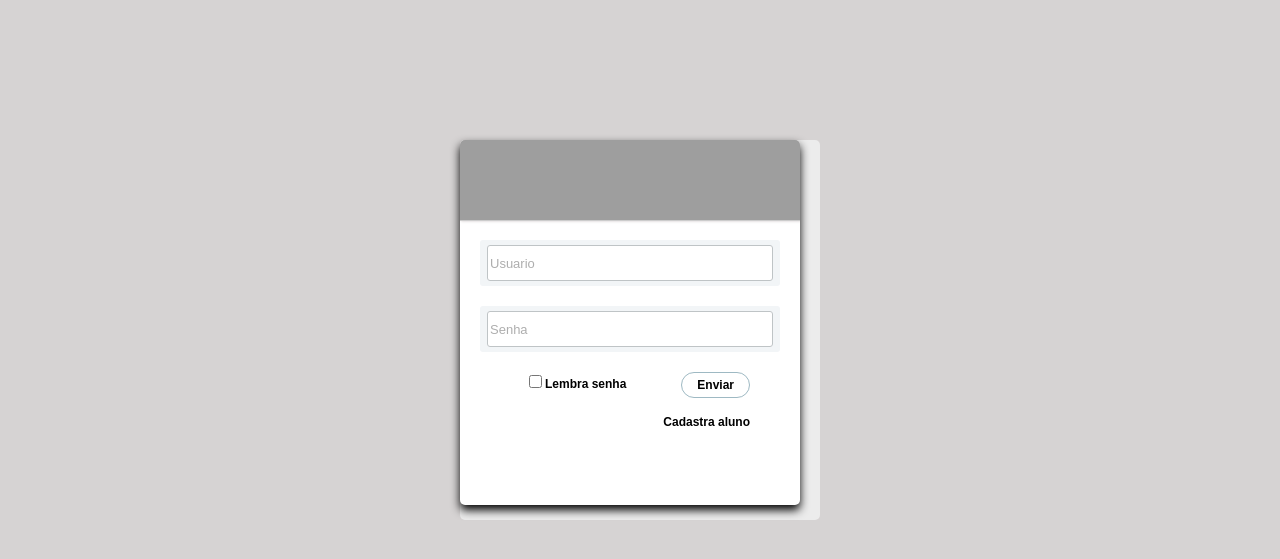
Repository: luisjonson/ProjetoWebAcademia
Page: http://localhost/RepositorioWebProject/Login.jsp
These files come from the project's save history. The page is drawn as it stood at one moment and after the next save; the edit follows.
The browser window is 1280 px wide. The pictures show the whole page.
Pictures or frames that could not be fetched are drawn as grey boxes. The page is served by Tomcat 9. Other server files are loaded and not shown.

Above is the page before, as saved 2017-04-10 01:48:32.

### Projeto_Web/RepositorioWebProject/WebContent/Login.jsp
<%@ page language="java" contentType="text/html; charset=utf-8"
	pageEncoding="ISO-8859-1"%>
<!DOCTYPE
 html PUBLIC "-//W3C//DTD HTML 4.01 Transitional//EN" "http://www.w3.org/TR/html4/loose.dtd">
<html>
<head>

</head>

<title>Login</title>

<style type="text/css" >

body {
	background-color: #D6D3D3;
}

#login-box {
	background-color: #ECECEC;
	width: 360px;
	height: 380px;
	margin: 140px auto 0px;
	border-radius: 5px;

}

#login-box-interno {
	width: 340px;
	height: 365px;
	background-color:white;
	position: absolute;
	border-radius: 5px;
	box-shadow: 0px 5px 10px black;
	overflow: hidden;
}

#login-box-label {
	background-color:#D6D3D3;
	height:80px;
	text-align:center;
    font:bold 12px/12px sans-serif;
    border-top-left-radius:5px;
    border-top-right-radius:5px;
    border-bottom:1px solid #cccccc;
    box-shadow:1px 0px 3px #ccc4c5;
}

#imagens{
	max-width: 800px;
}

.input-div{

	margin: 20px;
	padding: 5px;
   background-color:#f2f5f7;

	border-radius: 3px;
}

.input-div input{

	width: 280px;
	height: 32px;
	padding-left: 2px;
	font: normal 13px sans-serif;
	color: #aeaeae;
	border-radius: 3px;
	border: 1px solid #bfc4c6;
    outline:none;
}

.input-div:hover{
	background-color: #8C8C8A;
}

.input-div:hover input{
	border-color: #797B79
}
.input-senha{
  margin-top:-10px;
  }

  #botoes{
    width:280px;
    margin-left:10px;
  }

  #botao{
    float:right;
    background-color:;
    padding:5px 15px;
    font:bold 12px sans-serif;
    border-radius:20px;
    text-shadow:0px 1px 0px white;
    border:1px solid #9eb9c3;
  }

  #CadastraAluno{
    font:bold 12px sans-serif;
     float:right;
     margin-left:30px;
  }

</style>
<body>
	<div id="login-box">

		<div id="login-box-interno">

			<div id="login-box-label">

				<div id=imagens><img alt="Smart Fit" src="C:\Users\nano\workspace\ProjetoWebAcademia\Projeto_Web\RepositorioWebProject\WebContent\Imagem\Smart.png" width="340" height="80"/></div>

				<div class="input-div" id="input-usuario">
					<input type="text" value="Usuario">
				</div>

				<div class="input-div" id="input-senha">
					<input type="text" value="Senha">
				</div>

                <div id="botoes">
                  <div id="botao">Enviar</div>
                  <div id="lembra-senha"><input type="checkbox"/>Lembra senha</div><br><br>
                  <div id="CadastraAluno">Cadastra aluno</div>
                  </div>
              </div>
         </div>
	</div>




</body>
</html>

After the next save:
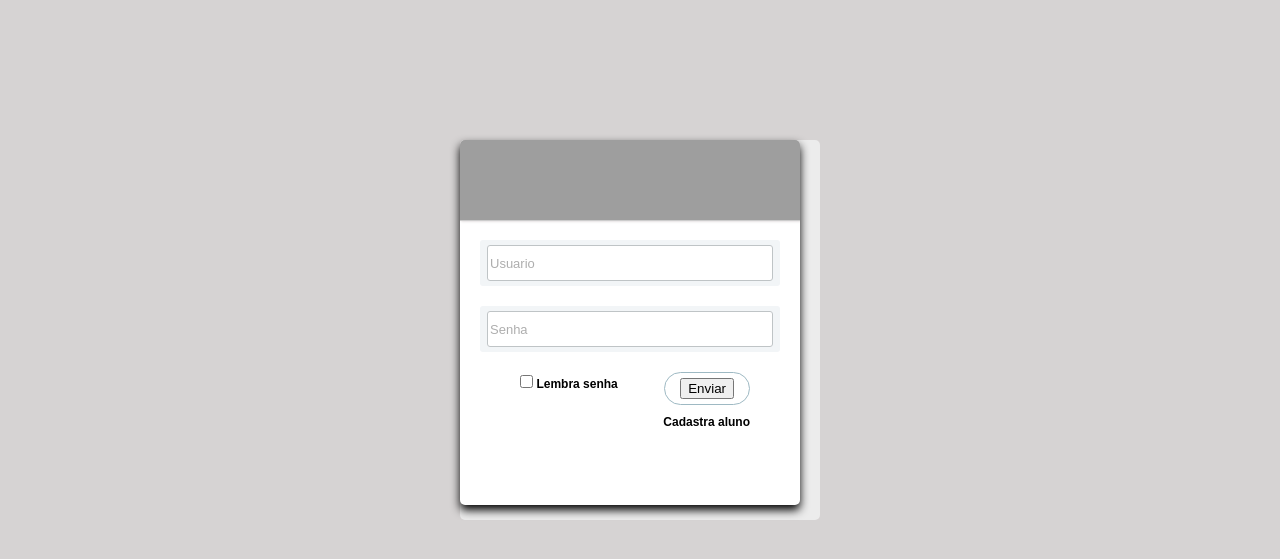
Saved 3 min 49 s later.
--- a/Projeto_Web/RepositorioWebProject/WebContent/Login.jsp
+++ b/Projeto_Web/RepositorioWebProject/WebContent/Login.jsp
@@ -121,7 +121,7 @@ body {
 				</div>
 
                 <div id="botoes">
-                  <div id="botao">Enviar</div>
+                  <div id="botao"><input type="submit" name="enviar" value="Enviar" ></div>
                   <div id="lembra-senha"><input type="checkbox"/>Lembra senha</div><br><br>
                   <div id="CadastraAluno">Cadastra aluno</div>
                   </div>
